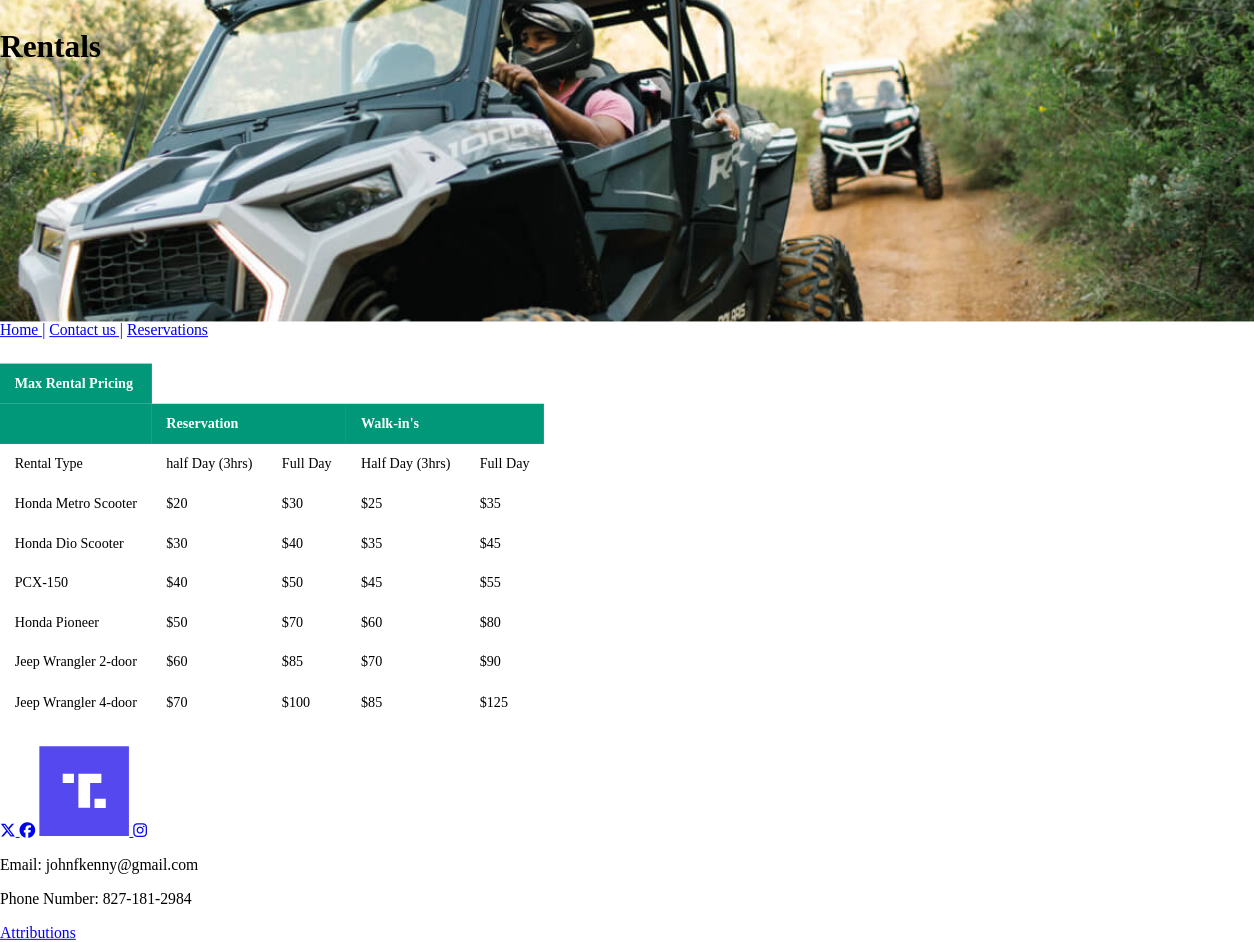
Repository: nak97/WDD230
Page: scoots/rentals-page/rentals-page.html
The author's editor kept a copy of each file at every save. The page is drawn from the files as they stood at one save, then again after the next save.
The browser window is 1280 px wide. The pictures show the whole page, at 98% of full size.
Some web libraries are served in a nearby version.

Above is the page before, as saved 2023-12-11 13:59:47.

### scoots/rentals-page/rentals-page.html
<!DOCTYPE html>
<html lang="en">
<head>
  <meta charset="UTF-8">
  <meta name="viewport" content="width=device-width, initial-scale=1.0">
  <title>Nick Keen - WDD 230 - Web Frontend Development</title>
  <meta name="description" content="WDD 230 - Nicholas Keen  - Web Frontend Final Project">
  <meta name="author" content="Nicholas Keen">
  <meta property="og:title" content="facebook"/>
  <meta property="og:type" content="website" />
  <meta property="og:url" content="facebook.com" />
  <meta property="og:image" content="images/facebook-meta-tag-pic.png" />
  <link rel="stylesheet" href="styles/base.css">
  <link rel="stylesheet" href="styles/media.css">
  <link rel="stylesheet" href="styles/normalize.css">
</head>
<body>

  <header>
<h1>Rentals</h1>
  </header>

  <nav>
<a href="../home-page/home.html">Home |</a>
<a href="../contact/contact.html">Contact us |</a>
<a href="../reservations/reservations.html">Reservations</a>
  </nav>

  <main>
    <table class="content-table">
      <thead>
        <tr>
          <td>  Max Rental Pricing</td></tr>
          <td></td>
          <td colspan="2"> Reservation</td>
          <td colspan="2">Walk-in's</td>
      </tr>
      </thead>
      <tbody>
        <tr>
          <td>Rental Type</td>
          <td>half Day (3hrs)</td>
          <td>Full Day</td>
          <td>Half Day (3hrs)</td>
          <td>Full Day</td>
      </tr>
        <tr>
        <td>Honda Metro Scooter</td>
        <td><span id="price-half-metro"></span></td>
        <td><span id="price-f-metro"></span></td>
        <td><span id="price-h-w"> </span></td>
        <td id="price-f-w"> </td>
        <td></td>
      </tr>
        <tr>
          <td>Honda Dio Scooter</td>
          <td> <span id="dio-h-r"></span></td>
          <td> <span id="dio-f-r"></span></td>
          <td> <span id="dio-h-w"></span></td>
          <td> <span id="dio-f-w"></span></td>
          <td></td>
        </tr>
        <tr>
          <td>PCX-150</td>
          <td> <span id="pcx-h-r"></span></td>
          <td> <span id="pcx-f-r"></span></td>
          <td> <span id="pcx-h-w"></span></td>
          <td> <span id="pcx-f-w"></span></td>
        </tr>
        <tr>
          <td>Honda Pioneer</td>
          <td> <span id="pioneer-h-r"></span></td>
          <td> <span id="pioneer-f-r"></span></td>
          <td> <span id="pioneer-h-w"></span></td>
          <td> <span id="pioneer-f-w"></span></td>
        </tr>
        <tr>
          <td>Jeep Wrangler 2-door</td>
          <td> <span id="jeep-two-h-r"></span></td>
          <td> <span id="jeep-two-f-r"></span></td>
          <td> <span id="jeep-two-h-w"></span></td>
          <td> <span id="jeep-two-f-w"></span></td>
        </tr>
        <tr>
        <td>Jeep Wrangler 4-door</td>
        <td> <span id="jeep-four-h-r"></span></td>
        <td> <span id="jeep-four-f-r"></span></td>
        <td> <span id="jeep-four-h-w"></span></td>
        <td> <span id="jeep-four-f-w"></span></td>
        </tr>






      </tbody>





    </table>






















  </main>





<footer>

  <a href="https://twitter.com/" target="_blank" > <i class="fa-brands fa-x-twitter"></i> </a>
  <a href="https://www.facebook.com" target="_blank"><i class="fa-brands fa-facebook"></i></a>
  <a href="https://truthsocial.com/" target="_blank"> <img class="truth-social-icon" src="images/truth-social.svg" alt="truth social"> </a>
  <a href="https://www.instagram.com/" target="_blank"><i class="fa-brands fa-instagram"></i></a>

<section class="info">
<p>Email: johnfkenny@gmail.com</p>
<p>Phone Number: 827-181-2984</p>
<a href="attributions.html" target="_blank">Attributions</a>
</section>


</footer>



<script src="./scripts/pricing.js"></script>
<script src="https://kit.fontawesome.com/615002bc5f.js" crossorigin="anonymous"></script>
</body>


</html>

### scoots/rentals-page/styles/base.css
header {
  background-image: url(../images/OHV-SEO-1152x768.jpg);
  background-repeat: no-repeat;
  height: 20rem;
  background-position: 10% 67%;
  background-size: cover;
  margin-top: 0 ;
  padding-top: 0.5rem;
}


.content-table {
  border-collapse: collapse;
  margin: 25px 0;
  font-size: 0.9em;
  min-width: 400px;
}

.content-table thead tr {
  background-color: #009879;
  color: #ffffff;
  text-align: left;
  font-weight: bold;
}

.content-table th {

}

.content-table td{
  padding:12px 15px;
}

### scoots/rentals-page/scripts/pricing.js
const url = './data/pricing.json'
async function getPrice() {
 const response = await fetch(url);
 const data = await response.json();
 console.log(data)

// metro scooter
 document.getElementById('price-half-metro').innerText = data.reservation[0].hd;
 document.getElementById('price-f-metro').innerText = data.reservation[0].fd ;
 document.getElementById('price-h-w').innerText = data.walk[0].hd;
 document.getElementById('price-f-w').innerText = data.walk[0].fd;

// dio scooter
 document.getElementById('dio-h-r').innerText = data.reservation[1].hd;
 document.getElementById('dio-f-r').innerText = data.reservation[1].fd;
 document.getElementById('dio-h-w').innerText = data.walk[1].hd;
 document.getElementById('dio-f-w').innerText = data.walk[1].fd;

//  pxc150
document.getElementById('pcx-h-r').innerText = data.reservation[2].hd;
document.getElementById('pcx-f-r').innerText = data.reservation[2].fd;
document.getElementById('pcx-h-w').innerText = data.walk[2].hd;
document.getElementById('pcx-f-w').innerText = data.walk[2].fd;

// pioneer
document.getElementById('pioneer-h-r').innerText = data.reservation[3].hd;
document.getElementById('pioneer-f-r').innerText = data.reservation[3].fd;
document.getElementById('pioneer-h-w').innerText = data.walk[3].hd;
document.getElementById('pioneer-f-w').innerText = data.walk[3].fd;

// jeep 2-door
document.getElementById('jeep-two-h-r').innerText = data.reservation[5].hd;
document.getElementById('jeep-two-f-r').innerText = data.reservation[5].fd;
document.getElementById('jeep-two-h-w').innerText = data.walk[5].hd;
document.getElementById('jeep-two-f-w').innerText = data.walk[5].fd;

// jeep 4-door
document.getElementById('jeep-four-h-r').innerText = data.reservation[4].hd;
document.getElementById('jeep-four-f-r').innerText = data.reservation[4].fd;
document.getElementById('jeep-four-h-w').innerText = data.walk[4].hd;
document.getElementById('jeep-four-f-w').innerText = data.walk[4].fd;
}
getPrice();

### scoots/rentals-page/data/pricing.json
{
  "reservation":[
      {
        "type": "Honda Metro Scooter ",
        "hd": "$20",
        "fd": "$30"
      },

      {
        "type": " Honda Dio Scooter",
        "hd": "$30 ",
        "fd": "$40 "
      },

      {
        "type": " Honda CX150 Scooter",
        "hd": "$40 ",
        "fd": "$50 "
      },


      {
        "type": " Honda Pioneer",
        "hd": "$50 ",
        "fd": "$70 "
      },

      {
        "type": " Jeep Wrangler - 4 door with a/c",
        "hd": "$70 ",
        "fd": "$100 "
      },

      {
        "type": " Jeep Wrangler - 2 door ",
        "hd": "$60 ",
        "fd": "$85 "
      }
  ],

  "walk":[
{
  "type": "Honda Metro Scooter ",
  "hd": "$25",
  "fd": "$35"
},

{
  "type": " Honda Dio Scooter",
  "hd": "$35 ",
  "fd": "$45 "
},

{
  "type": " Honda CX150 Scooter",
  "hd": "$45 ",
  "fd": "$55 "
},

{
  "type": " Honda Pioneer",
  "hd": "$60 ",
  "fd": "$80 "
},

{
  "type": " Jeep Wrangler - 4 door with a/c",
  "hd": "$85 ",
  "fd": "$125 "
},

{
  "type": " Jeep Wrangler - 2 door ",
  "hd": "$70 ",
  "fd": "$90 "
}

  ]
}

Loaded but not shown: scoots/rentals-page/styles/normalize.css (library); scoots/rentals-page/styles/media.css (no stored copy; drawn as an empty file)

After the next save:
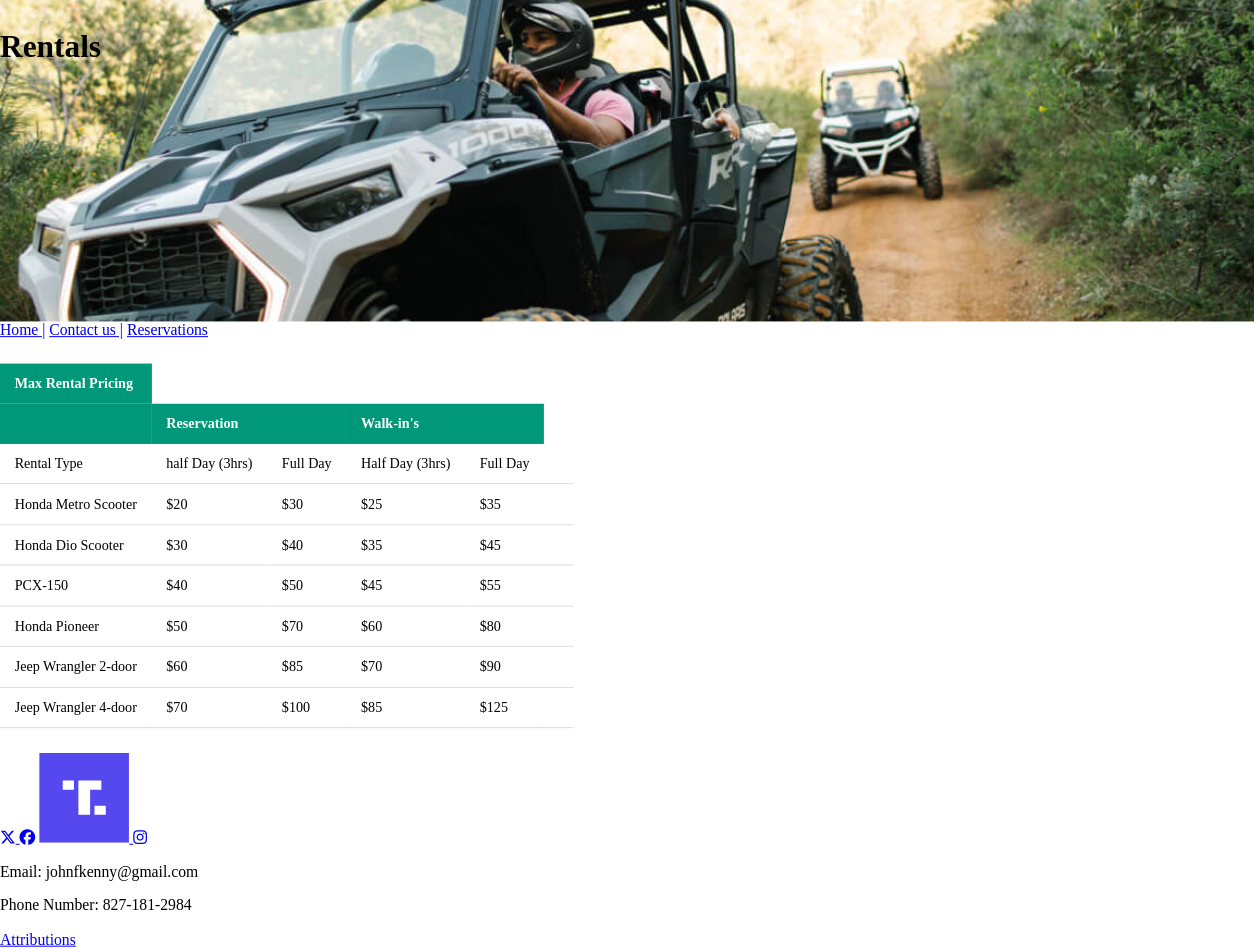
Saved 2 min 52 s later.
--- a/scoots/rentals-page/styles/base.css
+++ b/scoots/rentals-page/styles/base.css
@@ -30,3 +30,12 @@ header {
 .content-table td{
   padding:12px 15px;
 }
+
+.content-table tbody tr {
+  border-bottom: 1px solid #dddddd;
+
+}
+
+.content-table tbody tr:nth of :nth-of-type(even){
+  background-color: #f3f3f3;
+}
